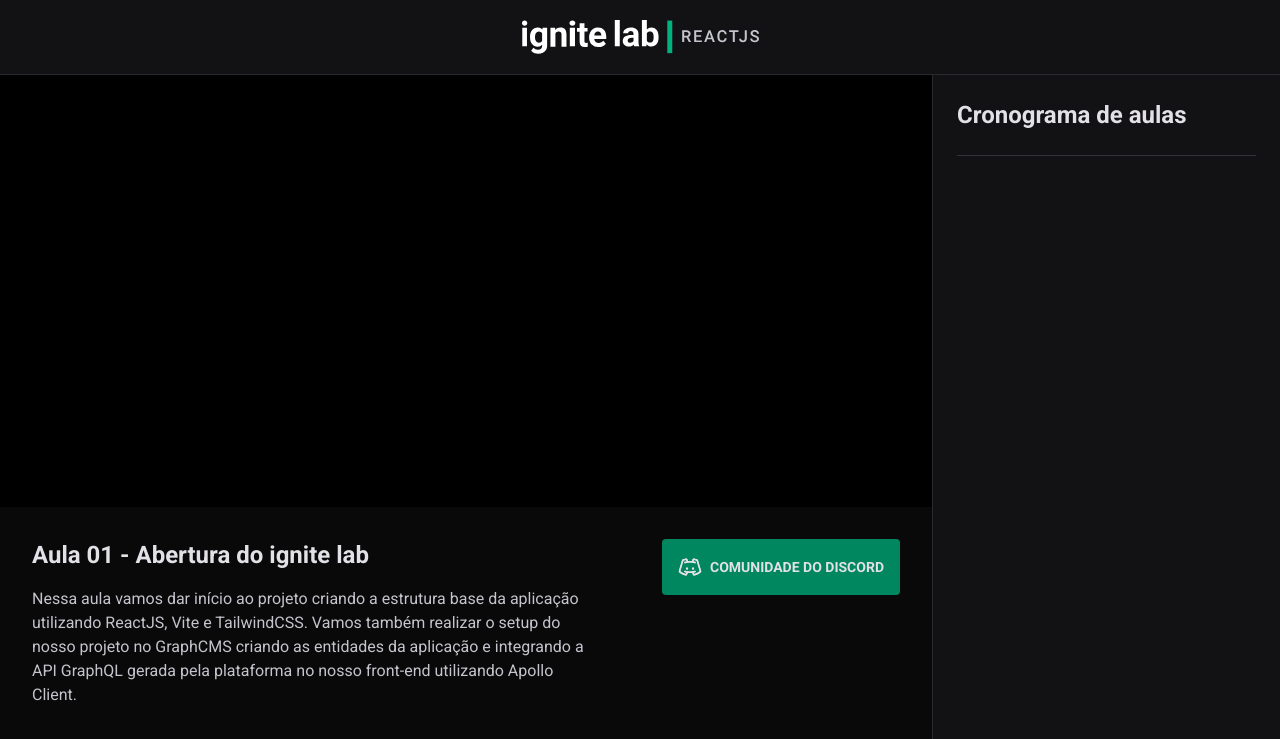
Repository: andynadvorny/event-platform
Page: /
An editor plug-in stored every save of this project. The page is shown before and after the next save, followed by the edit.
The browser window is 1280 px wide. The pictures show the whole page.
The page's requests for data from a server got no answer. The project was rebuilt for these pictures with package versions that can differ from the ones it lists, and the page was loaded fresh each time. No one was signed in, and anything a server would have sent is missing. Also part of the build but not shown: vite.config.ts, src/components/Lesson.tsx.

Above is the page before, as saved 2022-06-24 11:39:42.

### src/App.tsx
import { Event } from './pages/Event'

function App() {
  return (
    <Event />
  )
}

export default App

### src/lib/apollo.ts
import { ApolloClient, InMemoryCache } from "@apollo/client";

export const client = new ApolloClient({
  uri: 'https://api-sa-east-1.graphcms.com/v2/cl4q028zp2n6q01xs9d4d26wj/master',
  cache: new InMemoryCache()
});

### src/pages/Event.tsx
import { Header } from '../components/Header'
import { Sidebar } from '../components/Sidebar'
import { Video } from '../components/Video'

export function Event() {
  return (
    <div className="flex flex-col min-h-screen">
      <Header />
      <main className="flex flex-1">
        <Video />
        <Sidebar />
      </main>
    </div>
  )
}

### src/components/Sidebar.tsx
import { gql, useQuery } from "@apollo/client";
import { Lesson } from "./Lesson";

const GET_LESSONS_QUERY = gql`
  query {
    lessons(orderBy: availableAt_ASC, stage: PUBLISHED) {
      id
      lessonType
      availableAt
      title
      slug
    }
  }
`

interface GetLessonsQueryResponse {
  lessons: {
    id: string;
    lessonType: 'live' | 'class'
    availableAt: string;
    title: string;
    slug: string;
  }[]
}

export function Sidebar() {
  const { data } = useQuery<GetLessonsQueryResponse>(GET_LESSONS_QUERY)

  return (
    <aside className="w-[348px] bg-gray-700 p-6 border-l border-gray-600">
      <span className="font-bold text-2xl pb-6 mb-6 border-b border-gray-500 block">
        Cronograma de aulas
      </span>
      <div className="flex flex-col gap-8">
        {data?.lessons.map( lesson => (
          <Lesson
            key={lesson.id}
            title={lesson.title}
            slug={lesson.slug}
            availableAt={new Date(lesson.availableAt)}
            type={lesson.lessonType}
          />
        ))}
      </div>
    </aside>
  )
}

### src/components/Video.tsx
import { DiscordLogo } from "phosphor-react";

export function Video() {
  return (
    <div className="flex-1">
      <div className="flex justify-center bg-black">
        <div className="h-full w-full max-w-[1100px] max-h-[60vh] aspect-video"></div>
      </div>

      <div className="p-8 max-w-[1100px] mx-auto">
        <div className="flex items-start gap-16">
          <div className="flex-1">
            <h1 className="text-2xl font-bold">
              Aula 01 - Abertura do ignite lab
            </h1>
            <p className="mt-4 text-gray-200">
              Nessa aula vamos dar início ao projeto criando a estrutura base da aplicação utilizando ReactJS, Vite e TailwindCSS. Vamos também realizar o setup do nosso projeto no GraphCMS criando as entidades da aplicação e integrando a API GraphQL gerada pela plataforma no nosso front-end utilizando Apollo Client.
            </p>
          </div>
          <div className="flx flex-col gap-4">
            <a href="" className="p-4 text-sm bg-green-500 flex items-center rounded font-bold uppercase gap-2 justify-center">
              <DiscordLogo size={24} />
              Comunidade do Discord
            </a>
          </div>
        </div>
        <div>

        </div>
      </div>
    </div>
  )
}

### src/components/Logo.tsx
export function Logo() {
  return (
    <svg
      xmlns="http://www.w3.org/2000/svg"
      width="237"
      height="34"
      fill="none"
      viewBox="0 0 237 34"
    >
      <path
        fill="#fff"
        d="M.002 3.112a2.49 2.49 0 01.165-.987c.12-.314.304-.595.535-.83A2.906 2.906 0 012.615.572c.698 0 1.374.257 1.912.723.23.24.412.524.536.837a2.701 2.701 0 010 1.979 2.568 2.568 0 01-.536.837 2.889 2.889 0 01-1.907.723 2.901 2.901 0 01-1.908-.723 2.458 2.458 0 01-.538-.84 2.645 2.645 0 01-.172-.996zm4.96 23.146H.273V7.862h4.689v18.397zM8.012 16.973c0-2.853.686-5.145 2.055-6.883a6.653 6.653 0 015.528-2.606 5.869 5.869 0 014.802 2.09l.2-1.751h4.538v17.95a7.891 7.891 0 01-1.12 4.246 7.243 7.243 0 01-3.147 2.752 11.155 11.155 0 01-4.742.94c-1.378 0-2.74-.279-4.008-.812a7.08 7.08 0 01-2.946-2.11l2.208-3.02a5.905 5.905 0 004.543 2.08 4.356 4.356 0 003.104-1.059 3.938 3.938 0 001.103-2.993v-.994a5.775 5.775 0 01-4.555 1.935 6.647 6.647 0 01-3.05-.652 6.615 6.615 0 01-2.408-1.967c-1.397-1.752-2.085-4.089-2.085-6.942v-.21h-.025l.005.006zm4.997.355a6.723 6.723 0 001.026 3.956 3.233 3.233 0 002.799 1.443c.651.045 1.3-.088 1.878-.39a3.52 3.52 0 001.396-1.305v-7.825a3.448 3.448 0 00-1.374-1.305 3.504 3.504 0 00-1.86-.39 3.28 3.28 0 00-1.61.365 3.22 3.22 0 00-1.219 1.103c-.688.975-1.036 2.418-1.036 4.348zM33.098 7.833l.158 2.196a6.527 6.527 0 012.371-1.927 6.38 6.38 0 012.971-.62c1.97 0 3.438.597 4.39 1.79.953 1.194 1.456 2.936 1.486 5.293v12.249h-4.962V14.683a3.367 3.367 0 00-.684-2.344 3.086 3.086 0 00-1.069-.598 3.008 3.008 0 00-1.211-.13 3.349 3.349 0 00-1.821.454c-.553.32-1.01.794-1.313 1.367v13.37H28.45V7.845l4.647-.012zM47.512 3.112a2.304 2.304 0 01.185-.988 2.42 2.42 0 01.59-.831A3.439 3.439 0 0150.404.57c.772 0 1.52.256 2.117.723.508.486.792 1.142.792 1.826 0 .683-.284 1.34-.792 1.826a3.417 3.417 0 01-2.11.723c-.77 0-1.517-.257-2.11-.723a2.47 2.47 0 01-.594-.839 2.342 2.342 0 01-.19-.994h-.005zm5.483 23.149h-5.18V7.86h5.18v18.4zM62.454 3.334v4.612h3.107v3.677h-3.107v9.382c-.05.53.091 1.063.395 1.495a1.824 1.824 0 001.473.45c.476.002.95-.035 1.421-.114v3.803a9.672 9.672 0 01-2.939.449c-3.398 0-5.128-1.775-5.19-5.32V11.644h-2.642V7.968h2.643V3.356h4.841v-.025l-.002.003zM76.487 27.08a9.277 9.277 0 01-6.759-2.55c-1.74-1.699-2.605-3.957-2.605-6.797v-.494a11.295 11.295 0 011.098-5.08 8.141 8.141 0 013.111-3.465 8.72 8.72 0 014.59-1.22c2.577 0 4.62.815 6.098 2.449 1.478 1.633 2.226 3.94 2.226 6.929v2.055h-12.01a4.665 4.665 0 001.473 2.971 4.487 4.487 0 003.111 1.111 5.426 5.426 0 004.548-2.115l2.476 2.781a7.506 7.506 0 01-3.07 2.507 9.81 9.81 0 01-4.287.916v.002zm-.594-15.514a3.127 3.127 0 00-2.428 1.012 5.405 5.405 0 00-1.188 2.912h7.006v-.405a3.749 3.749 0 00-.908-2.608 3.252 3.252 0 00-2.45-.908h-.03l-.002-.003zM97.771 26.259h-4.957V0h4.957V26.26zM112.209 26.259c-.227-.444-.392-.997-.496-1.659-1.196 1.333-2.751 2.002-4.666 2.002-1.811 0-3.314-.523-4.504-1.572-1.191-1.049-1.786-2.372-1.786-3.966 0-1.96.725-3.464 2.179-4.513 1.453-1.049 3.553-1.58 6.3-1.59h2.273v-1.06c0-.854-.22-1.54-.659-2.051-.44-.513-1.131-.77-2.078-.77-.832 0-1.486.2-1.957.6-.474.4-.708.945-.708 1.64h-4.941c0-1.07.331-2.062.992-2.973.662-.91 1.597-1.626 2.804-2.144 1.206-.518 2.564-.778 4.069-.778 2.28 0 4.089.573 5.429 1.718 1.34 1.145 2.009 2.756 2.009 4.83v8.017c.012 1.754.256 3.082.735 3.983v.29h-4.992l-.003-.004zm-4.086-3.435c.728 0 1.402-.163 2.016-.486.614-.326 1.071-.76 1.367-1.308v-3.181h-1.846c-2.472 0-3.79.854-3.948 2.564l-.017.291c0 .614.217 1.123.649 1.523.434.4 1.026.6 1.779.6v-.003zM136.58 17.183c0 2.963-.632 5.273-1.898 6.931-1.265 1.659-3.032 2.488-5.3 2.488-2.006 0-3.608-.77-4.805-2.308l-.222 1.967h-4.444V.001h4.94v9.418c1.14-1.332 2.638-2 4.496-2 2.256 0 4.025.828 5.308 2.487 1.283 1.658 1.923 3.992 1.923 7v.274l.002.003zm-4.94-.358c0-1.868-.296-3.233-.889-4.094-.592-.861-1.475-1.29-2.65-1.29-1.572 0-2.655.643-3.247 1.932v7.299c.604 1.298 1.697 1.95 3.282 1.95 1.584 0 2.643-.788 3.146-2.36.239-.752.358-1.897.358-3.437z"
      ></path>
      <path
        fill="#C4C4CC"
        d="M164.51 17.501h-2.283v4.53h-2.048v-11.78h4.143c1.36 0 2.408.306 3.149.915.74.61 1.108 1.493 1.108 2.648 0 .787-.19 1.449-.57 1.98-.38.532-.911.94-1.59 1.226l2.646 4.906v.106h-2.194l-2.364-4.531h.003zm-2.283-1.65h2.105c.691 0 1.229-.176 1.619-.524.39-.348.582-.824.582-1.429 0-.604-.18-1.12-.538-1.466-.358-.345-.893-.523-1.606-.533h-2.162V15.85zM179.066 16.773h-4.839v3.625h5.656v1.634h-7.704V10.25h7.648v1.65h-5.6v3.253h4.839v1.62zM189.803 19.29h-4.565l-.955 2.744h-2.127l4.452-11.783h1.836l4.459 11.783h-2.137l-.963-2.744zm-3.99-1.65h3.415l-1.707-4.89-1.708 4.89zM204.716 18.197c-.119 1.256-.583 2.238-1.392 2.941-.81.703-1.885 1.056-3.228 1.056-.938 0-1.764-.222-2.48-.668-.715-.445-1.266-1.079-1.656-1.898-.387-.82-.589-1.772-.607-2.858v-1.1c0-1.11.198-2.09.59-2.937.392-.846.96-1.5 1.695-1.96.736-.458 1.587-.688 2.554-.688 1.301 0 2.347.353 3.139 1.057.792.703 1.254 1.7 1.385 2.99h-2.039c-.096-.846-.343-1.458-.74-1.833-.397-.375-.977-.563-1.745-.563-.89 0-1.574.326-2.05.977-.479.652-.721 1.605-.733 2.863v1.044c0 1.273.227 2.245.683 2.917.457.668 1.123 1.004 2.004 1.004.805 0 1.409-.18 1.814-.543.405-.363.661-.962.77-1.804h2.038l-.002.003zM216.481 11.902h-3.674v10.132h-2.031V11.902h-3.642V10.25h9.347v1.65zM222.759 10.251h2.039v8.262c0 1.127-.353 2.023-1.057 2.687-.703.664-1.633.995-2.788.995-1.229 0-2.179-.311-2.848-.93-.669-.62-1.004-1.484-1.004-2.59h2.038c0 .627.156 1.096.467 1.412.31.316.76.474 1.347.474.55 0 .989-.183 1.315-.545.326-.366.489-.867.489-1.51V10.25h.002zM234.952 18.999c0-.518-.183-.918-.545-1.197-.363-.279-1.022-.563-1.972-.849-.95-.286-1.705-.604-2.265-.955-1.074-.674-1.612-1.555-1.612-2.638 0-.95.388-1.732 1.163-2.347.774-.614 1.779-.922 3.015-.922.819 0 1.55.15 2.194.454a3.597 3.597 0 011.513 1.29c.367.558.55 1.177.55 1.858h-2.038c0-.614-.193-1.095-.578-1.443-.385-.348-.938-.524-1.656-.524-.668 0-1.189.144-1.557.43-.37.286-.555.686-.555 1.197 0 .432.2.792.6 1.08.399.29 1.056.57 1.974.842.918.271 1.653.582 2.208.93.556.348.963.748 1.222 1.197.259.452.387.977.387 1.582 0 .982-.375 1.762-1.127 2.342-.753.58-1.775.87-3.063.87a5.755 5.755 0 01-2.352-.473c-.715-.316-1.27-.75-1.668-1.308-.397-.555-.594-1.204-.594-1.942h2.048c0 .669.222 1.187.664 1.555.441.367 1.075.55 1.902.55.713 0 1.246-.143 1.607-.432.357-.288.538-.671.538-1.145l-.003-.002z"
      ></path>
      <path fill="#00B37E" d="M150.271 33.146h-4.958V.57h4.958v32.576z"></path>
    </svg>
  );
}

### tailwind.config.js
/** @type {import('tailwindcss').Config} */
module.exports = {
  content: [
    './src/**/*.tsx'
  ],
  theme: {
    extend: {
      fontFamily: {
        sans: 'Roboto, sans-serif'
      },
      colors: {
        green: {
          300: '#00B37E',
          500: '#00875F',
          700: '#015F43',
        },
        blue: {
          500: '#81D8F7',
        },
        orange: {
          500: '#FBA94C',
        },
        red: {
          500: '#F75A68',
        },
        gray: {
          100: '#E1E1E6',
          200: '#C4C4CC',
          300: '#8D8D99',
          500: '#323238',
          600: '#29292E',
          700: '#121214',
          900: '#09090A'
        }
      }
    },
  },
  plugins: [],
}

Loaded but not shown: index.html (common file); src/main.tsx (common file); src/styles/global.css (common file); src/components/Header.tsx (common file)

After the next save:
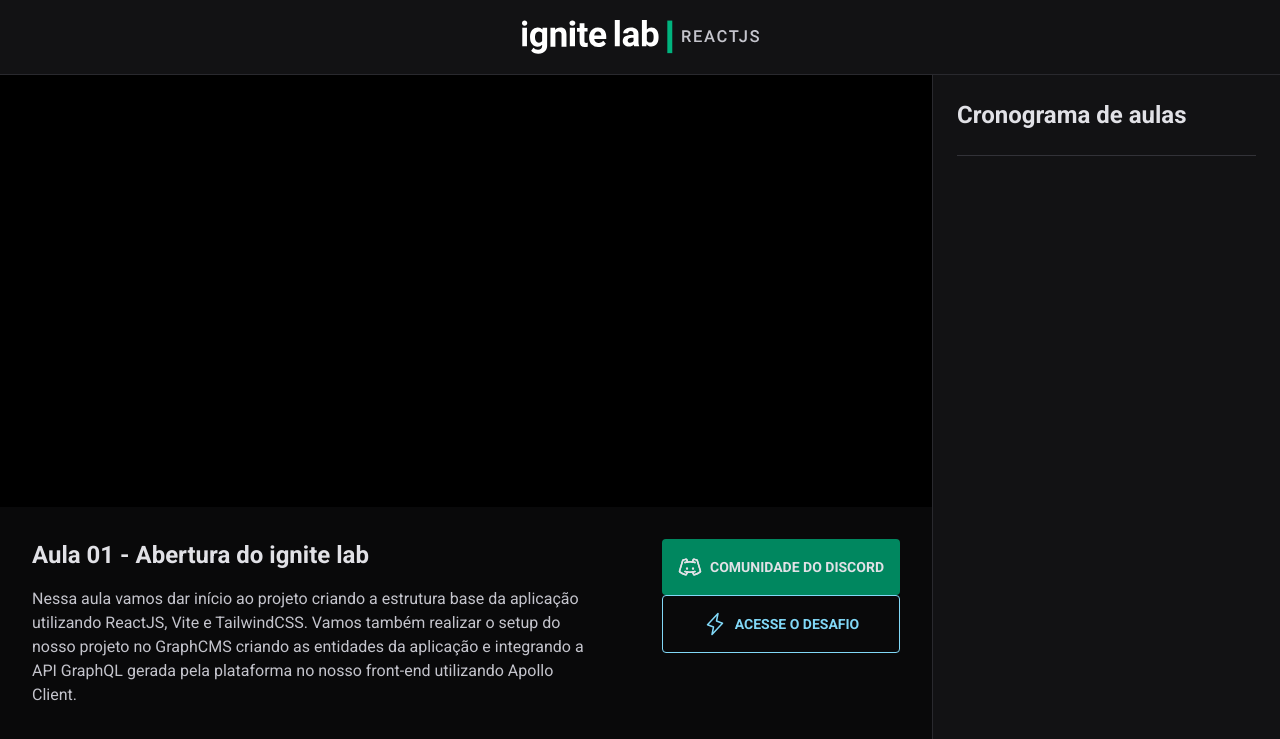
Saved 51 s later.
--- a/src/components/Video.tsx
+++ b/src/components/Video.tsx
@@ -1,4 +1,4 @@
-import { DiscordLogo } from "phosphor-react";
+import { DiscordLogo, Lightning } from "phosphor-react";
 
 export function Video() {
   return (
@@ -22,6 +22,10 @@
               <DiscordLogo size={24} />
               Comunidade do Discord
             </a>
+            <a href="" className="p-4 text-sm border border-blue-500 text-blue-500 flex items-center rounded font-bold uppercase gap-2 justify-center">
+              <Lightning size={24} />
+              Acesse o desafio
+            </a>
           </div>
         </div>
         <div>
